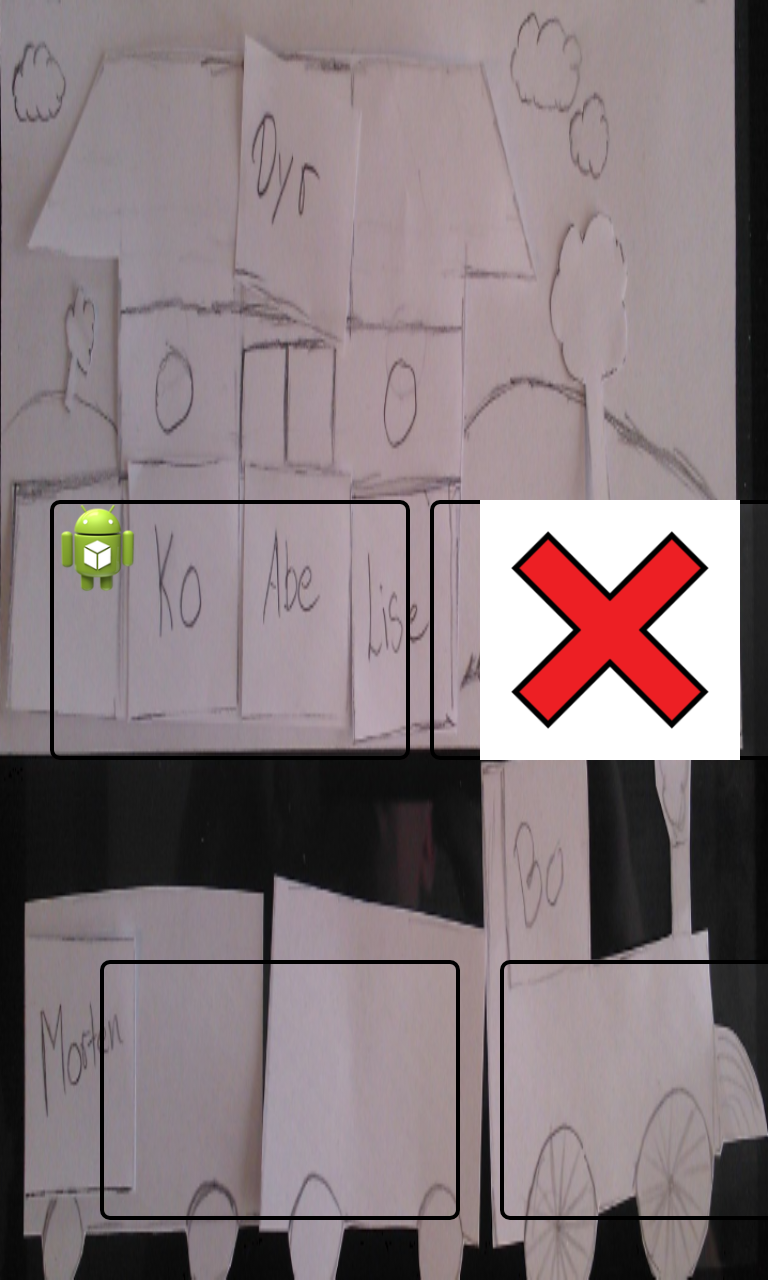
Repository: figa12/sw606f13
Layout: Source/backgroundTest/backgroundTest/res/layout/activity_main.xml
These files come from the project's save history. The layout is drawn as it stood at one moment and after the next save; the edit follows.
It is drawn on a 768 x 1280 px phone screen (xhdpi) without system bars, with theme AppTheme; the app's code is not run.

Above is the layout before, as saved 2013-02-28 09:01:47.

### Source/backgroundTest/backgroundTest/res/layout/activity_main.xml
<?xml version="1.0" encoding="utf-8"?>
<AbsoluteLayout xmlns:android="http://schemas.android.com/apk/res/android"
    android:layout_width="match_parent"
    android:layout_height="match_parent"
    android:columnCount="3"
    android:columnWidth="300dp"
    android:orientation="vertical"
    android:rowCount="3"
    android:stretchMode="columnWidth"
    android:background="@drawable/pic" >

    <LinearLayout
        android:id="@+id/topleft"
        android:layout_width="180dp"
        android:layout_height="130dp"
        android:layout_x="25dp"
        android:layout_y="250dp"
        android:background="@drawable/shape"
        android:tag="1" >

        <ImageView
            android:id="@+id/myimage1"
            android:layout_width="wrap_content"
            android:layout_height="wrap_content"
            android:layout_column="0"
            android:layout_row="0"
            android:src="@drawable/ic_launcher" />

    </LinearLayout>

    <LinearLayout
        android:id="@+id/LinearLayout02"
        android:layout_width="180dp"
        android:layout_height="130dp"
        android:layout_x="215dp"
        android:layout_y="250dp"
        android:background="@drawable/shape"
        android:tag="1" >


        <ImageView
            android:id="@+id/myimage1"
            android:layout_width="wrap_content"
            android:layout_height="wrap_content"
            android:layout_column="0"
            android:layout_row="0"
            android:src="@drawable/nej" />

    </LinearLayout>

    <LinearLayout
        android:id="@+id/LinearLayout04"
        android:layout_width="180dp"
        android:layout_height="130dp"
        android:layout_x="405dp"
        android:layout_y="250dp"
        android:background="@drawable/shape"
        android:tag="1" >

        <ImageView
            android:id="@+id/myimage1"
            android:layout_width="wrap_content"
            android:layout_height="wrap_content"
            android:layout_column="0"
            android:layout_row="0"
            android:src="@drawable/mig" />
    </LinearLayout>

    <LinearLayout
        android:id="@+id/LinearLayout05"
        android:layout_width="180dp"
        android:layout_height="130dp"
        android:layout_x="595dp"
        android:layout_y="250dp"
        android:background="@drawable/shape"
        android:tag="1" >

        <ImageView
            android:id="@+id/myimage1"
            android:layout_width="wrap_content"
            android:layout_height="wrap_content"
            android:layout_column="0"
            android:layout_row="0"
            android:src="@drawable/bade" />
    </LinearLayout>

    <LinearLayout
        android:id="@+id/LinearLayout06"
        android:layout_width="180dp"
        android:layout_height="130dp"
        android:layout_x="400dp"
        android:layout_y="30dp"
        android:background="@drawable/shape"
        android:tag="1" >
    </LinearLayout>

    <LinearLayout
        android:id="@+id/topright"
        android:layout_width="180dp"
        android:layout_height="130dp"
        android:layout_x="250dp"
        android:layout_y="480dp"
        android:background="@drawable/shape"
        android:tag="2" >
    </LinearLayout>

    <LinearLayout
        android:id="@+id/LinearLayout07"
        android:layout_width="180dp"
        android:layout_height="130dp"
        android:layout_x="810dp"
        android:layout_y="400dp"
        android:background="@drawable/shape"
        android:tag="3" >
    </LinearLayout>

    <LinearLayout
        android:id="@+id/LinearLayout01"
        android:layout_width="180dp"
        android:layout_height="130dp"
        android:layout_x="450dp"
        android:layout_y="480dp"
        android:background="@drawable/shape"
        android:tag="3" >
    </LinearLayout>

    <LinearLayout
        android:id="@+id/bottomleft"
        android:layout_width="180dp"
        android:layout_height="130dp"
        android:layout_x="630dp"
        android:layout_y="480dp"
        android:background="@drawable/shape"
        android:tag="3" >
    </LinearLayout>

    <LinearLayout
        android:id="@+id/bottomright"
        android:layout_width="180dp"
        android:layout_height="130dp"
        android:layout_x="50dp"
        android:layout_y="480dp"
        android:background="@drawable/shape"
        android:tag="4" >
    </LinearLayout>

</AbsoluteLayout>

### Source/backgroundTest/backgroundTest/res/drawable/shape.xml
<?xml version="1.0" encoding="UTF-8"?>
<shape xmlns:android="http://schemas.android.com/apk/res/android"
    android:shape="rectangle" >

    <stroke
        android:width="2dp"
        android:color="#FF000000" />

    <gradient
        android:angle="225"
        android:startColor="#1Af8f8ff" />

    <corners
        android:bottomLeftRadius="4dp"
        android:bottomRightRadius="4dp"
        android:topLeftRadius="4dp"
        android:topRightRadius="4dp" />

</shape>

Loaded but not shown: Source/backgroundTest/backgroundTest/res/values/styles.xml (common file); Source/backgroundTest/backgroundTest/res/values-v11/styles.xml (common file); Source/backgroundTest/backgroundTest/res/values-v14/styles.xml (common file)

After the next save:
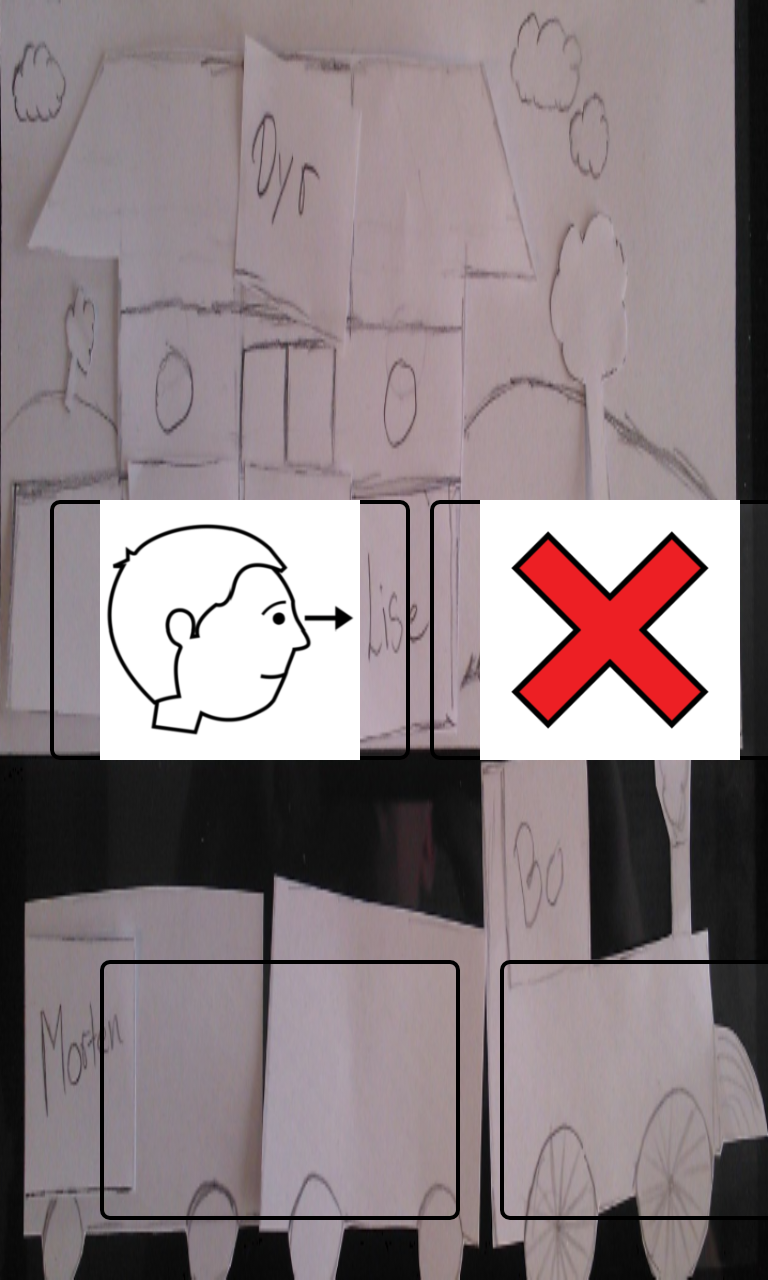
Saved 11 s later.
--- a/Source/backgroundTest/backgroundTest/res/layout/activity_main.xml
+++ b/Source/backgroundTest/backgroundTest/res/layout/activity_main.xml
@@ -24,7 +24,7 @@
             android:layout_height="wrap_content"
             android:layout_column="0"
             android:layout_row="0"
-            android:src="@drawable/ic_launcher" />
+            android:src="@drawable/se" />
 
     </LinearLayout>
 
